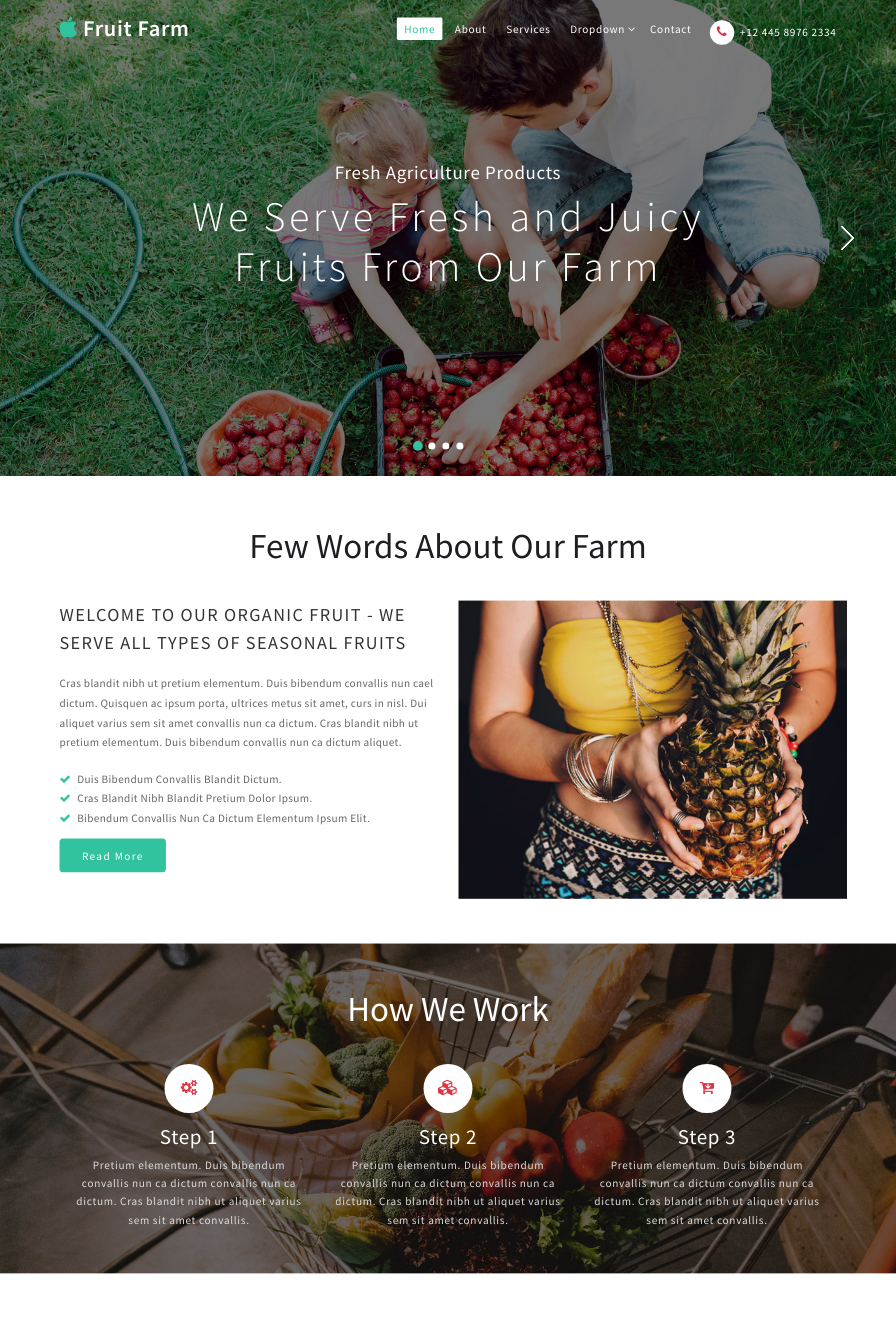
Repository: httpamit/SP-Food
Page: index.html
These files come from the project's save history. The page is drawn as it stood at one moment and after the next save; the edit follows.
The browser window is 1280 px wide. The pictures show the part of the page from y = 0 to 1920 px (the page is 4839 px tall), at 70% of full size.
Backgrounds fixed to the window are drawn as part of the page.

Above is the page before, as saved 2019-02-07 23:05:28.

After the next save:
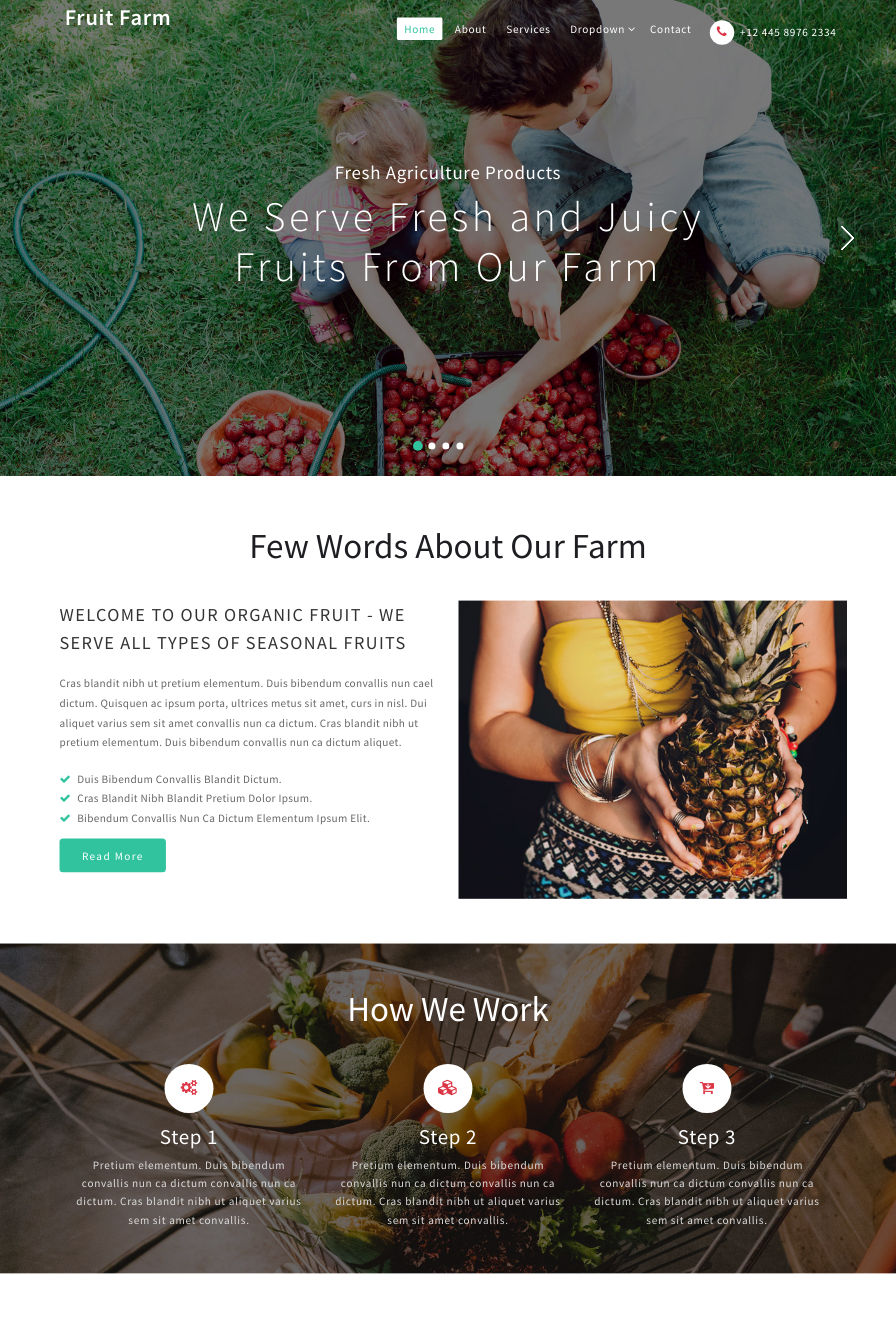
Saved 3 min 3 s later.
--- a/index.html
+++ b/index.html
@@ -38,7 +38,7 @@
 	<div class="container" id="home">
 		<nav class="">
 			<div id="logo">
-				<h1> <a href="index.html" class="editContent" data-selector=".editContent"><span class="fa fa-apple"></span> Fruit Farm</a></h1>
+				<h1> <a href="index.html" class="editContent" data-selector=".editContent"><span class="fa fa-apple-alt"></span> Fruit Farm</a></h1>
 			</div>
 			<div class="mx-auto">
 				<label for="drop" class="toggle mt-lg-0 mt-3">Menu</label>
